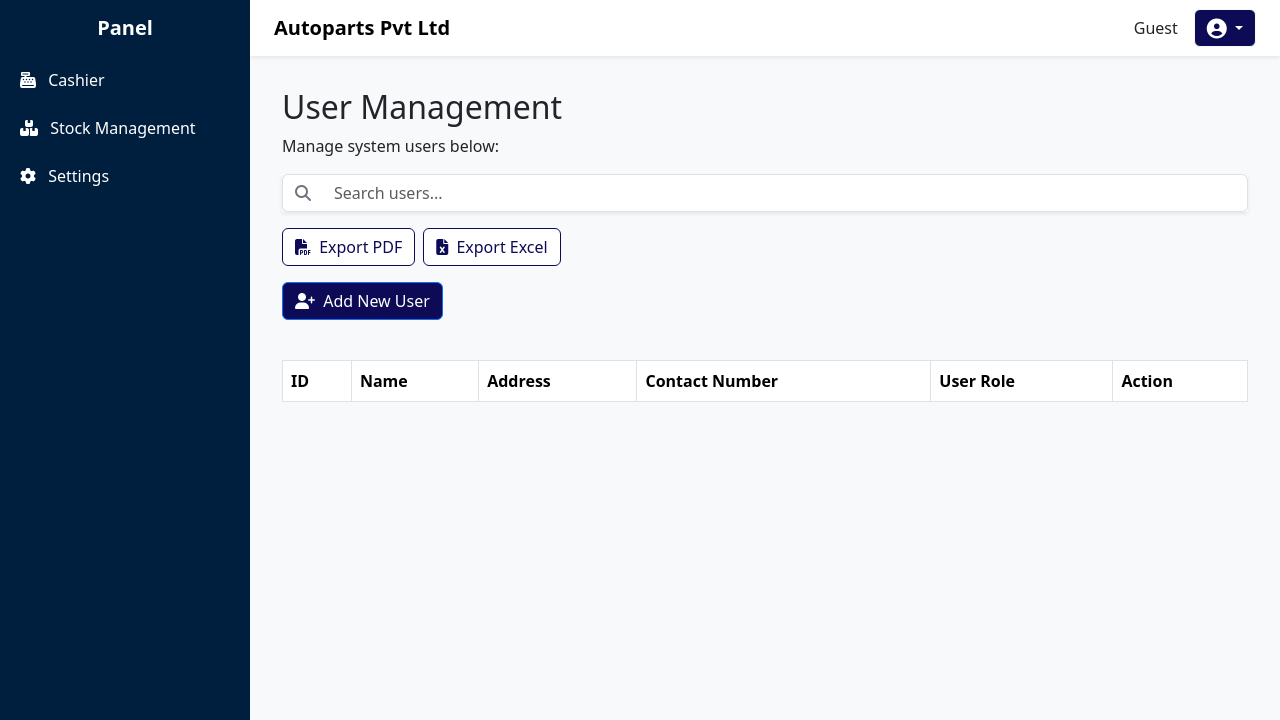
Repository: LakviduUpasara/onlineSparePartsManagementSystem
Page: http://localhost/Spare_parts_Management_Systems/Admin/display.jsp
The author's editor kept a copy of each file at every save. The page is drawn from the files as they stood at one save, then again after the next save.
The browser window is 1280 px wide. The pictures show the whole page.
The page is served by Tomcat 9. The template is opened directly, without the code that normally fills it, so the values that code supplies are empty.

Above is the page before, as saved 2025-05-15 07:34:10.

After the next save:
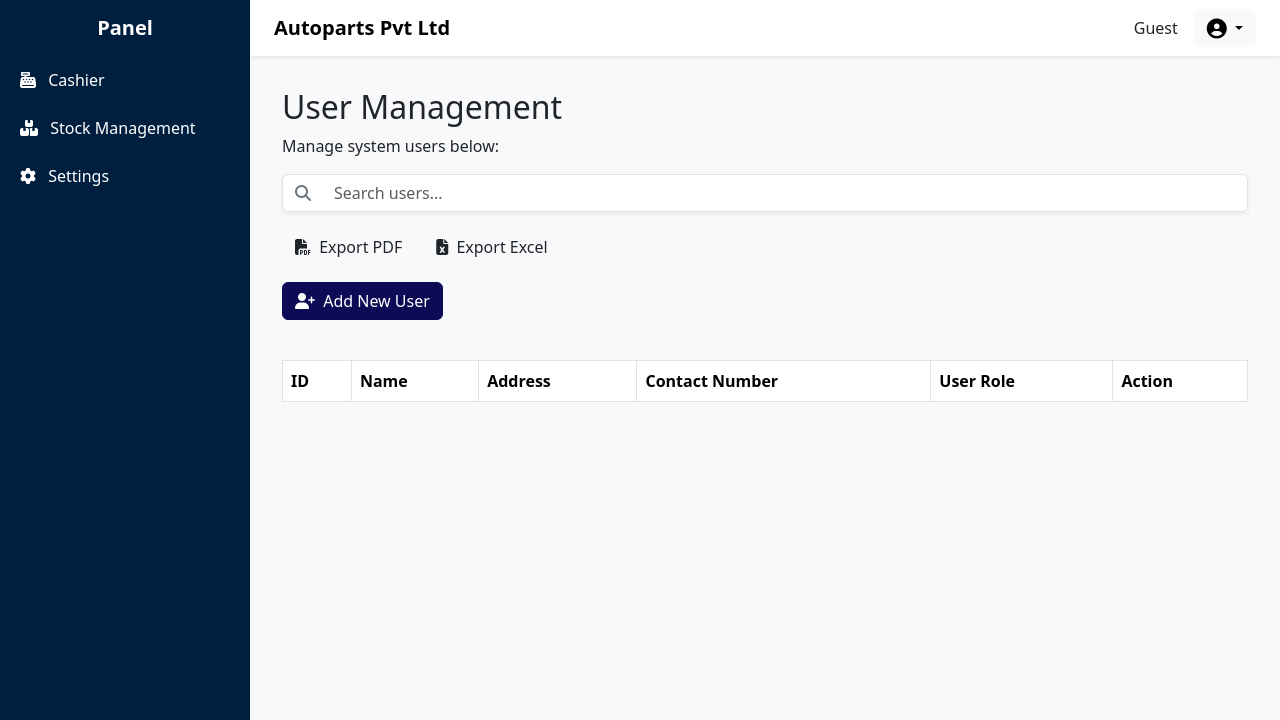
Saved 37 s later.
--- a/Project/Project/Spare_parts_Management_Systems/src/main/webapp/Admin/display.jsp
+++ b/Project/Project/Spare_parts_Management_Systems/src/main/webapp/Admin/display.jsp
@@ -10,64 +10,19 @@
   <link href="https://cdn.jsdelivr.net/npm/bootstrap@5.3.2/dist/css/bootstrap.min.css" rel="stylesheet">
   <link href="https://cdnjs.cloudflare.com/ajax/libs/font-awesome/6.5.0/css/all.min.css" rel="stylesheet">
   <style>
-    body {
-      display: flex;
-      min-height: 100vh;
-      overflow-x: hidden;
-    }
-    .sidebar {
-      width: 250px;
-      background-color: #001f3f;
-      color: #fff;
-      flex-shrink: 0;
-      padding-top: 1rem;
-    }
-    .sidebar a {
-      display: block;
-      padding: 12px 20px;
-      color: #fff;
-      text-decoration: none;
-      transition: background 0.3s;
-    }
-    .sidebar a:hover {
-      background-color: #003366;
-    }
-    .sidebar h5 {
-      text-align: center;
-      margin-bottom: 1rem;
-      font-weight: bold;
-    }
-    .main-content {
-      flex-grow: 1;
-      background: #f8f9fa;
-    }
-    .navbar {
-      background-color: #ffffff;
-      box-shadow: 0 2px 4px rgba(0,0,0,0.1);
-    }
-    .dashboard-content {
-      padding: 2rem;
-    }
-    .custom-header {
-      background-color: #0d0b56;
-      color: white;
-    }
-    .btn {
-      background-color: #0d0b56;
-      color: white;
-    }
-    .btn:hover {
-      background-color: #003366;
-    }
-    .export-btn {
-      background-color: #ffffff;
-      color: #0d0b56;
-      border: 1px solid #0d0b56;
-    }
-    .export-btn:hover {
-      background-color: #0d0b56;
-      color: #ffffff;
-    }
+    body { display: flex; min-height: 100vh; overflow-x: hidden; }
+        .sidebar { width: 250px; background-color: #001f3f; color: #fff; flex-shrink: 0; padding-top: 1rem; }
+        .sidebar a { display: block; padding: 12px 20px; color: #fff; text-decoration: none; transition: background 0.3s; }
+        .sidebar a:hover { background-color: #003366; }
+        .sidebar h5 { text-align: center; margin-bottom: 1rem; font-weight: bold; }
+        .main-content { flex-grow: 1; background: #f8f9fa; }
+        .navbar { background-color: #ffffff; box-shadow: 0 2px 4px rgba(0,0,0,0.1); }
+        .dashboard-content { padding: 2rem; }
+        .custom-header { background-color: #0d0b56; color: white; }
+        .btn-primary { background-color: #0d0b56; border-color: #0d0b56; }
+        .btn-primary:hover { background-color: #003366; border-color: #003366; }
+        .card { border-radius: 8px; box-shadow: 0 2px 8px rgba(0,0,0,0.1); }
+        .chart-container { max-width: 600px; margin: auto; }
   </style>
 </head>
 <body>
